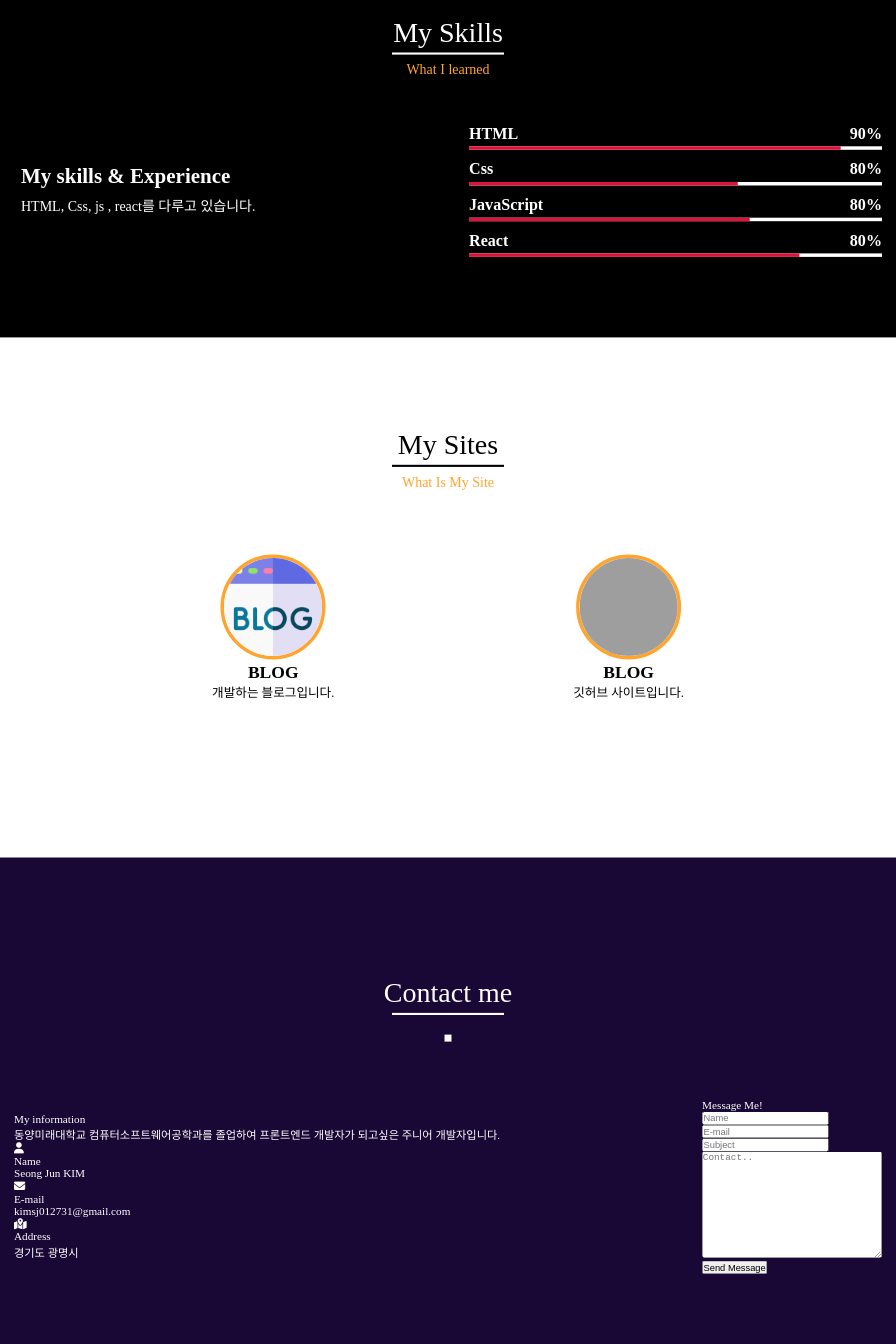
Repository: jun01270/jun
Page: index.html
An editor plug-in stored every save of this project. The page is shown before and after the next save, followed by the edit.
The browser window is 1280 px wide. The pictures show the part of the page from y = 1820 to 3740 px (the page is 3740 px tall), at 70% of full size.
Pictures or frames that could not be fetched are drawn as grey boxes. Some web libraries are served in a nearby version.

Above is the page before, as saved 2023-05-10 17:29:59.

### index.html
<!DOCTYPE html>
<html lang="en">
  <head>
    <meta charset="UTF-8" />
    <meta http-equiv="X-UA-Compatible" content="IE=edge" />
    <meta name="viewport" content="width=device-width, initial-scale=1.0" />
    <link rel="stylesheet" href="./css/style.css" />
    <link rel="stylesheet" href="./css/home.css" />
    <link rel="stylesheet" href="./css/about.css" />
    <link rel="stylesheet" href="./css/skills.css" />
    <link rel="stylesheet" href="./css/mysites.css" />
    <link rel="stylesheet" href="./css/contact.css" />

    <script
      src="https://kit.fontawesome.com/252eac6dbf.js"
      crossorigin="anonymous"
    ></script>
    <title>Jun's site</title>
  </head>
  <body>
    <nav class="navbar">
      <div class="max-width">
        <div class="logo">
          <a href="#home">Jun's <span>Site</span></a>
        </div>
        <ul class="menu-bar">
          <li><a href="#home" class="menu-btn" id="homeID">Home</a></li>
          <li><a href="#about" class="menu-btn" id="homeID">About</a></li>
          <li><a href="#skills" class="menu-btn">Skills</a></li>
          <li><a href="#my-sites" class="menu-btn">My Sties</a></li>
          <li><a href="#contact" class="menu-btn">Contact</a></li>
        </ul>
      </div>
    </nav>

    <!--home섹션-->
    <section class="home" id="home">
      <div class="max-width">
        <div class="home-section">
          <div class="text-1">Hello! My Name is</div>
          <div class="text-2">Seong Jun KIM</div>
          <div class="text-3">My skills <span class="typing1">HTML</span></div>
        </div>
      </div>
    </section>

    <!--about섹션-->
    <section class="about" id="about">
      <div class="max-width">
        <h2 class="title">About</h2>
        <div class="about-content">
          <div class="left-column"><img src="./img/profile.jpg" /></div>
          <div class="right-column">
            <div class="about-text">I'm Seong Jun KIM</div>
            <div class="about-skills">
              My skills <span class="typing2">HTML</span>
            </div>
            <p>
              안녕하세요 프론트엔드 개발자를 꿈꾸는 주니어 개발자 김성준입니다.
            </p>
          </div>
        </div>
      </div>
    </section>

    <!--skills섹션-->
    <section class="skills" id="skills">
      <div class="max-width">
        <h2 class="title">My Skills</h2>
        <div class="skills-content">
          <div class="left-column">
            <div class="skills-text">
              <div class="sub-title">My skills & Experience</div>
              <p>HTML, Css, js , react를 다루고 있습니다.</p>
            </div>
          </div>
          <div class="right-column">
            <div class="bars">
              <div class="bars-content">
                <span>HTML</span>
                <span>90%</span>
              </div>
              <div class="line html"></div>
            </div>
            <div class="bars">
              <div class="bars-content">
                <span>Css</span>
                <span>80%</span>
              </div>
              <div class="line css"></div>
            </div>
            <div class="bars">
              <div class="bars-content">
                <span>JavaScript</span>
                <span>80%</span>
              </div>
              <div class="line js"></div>
            </div>
            <div class="bars">
              <div class="bars-content">
                <span>React</span>
                <span>80%</span>
              </div>
              <div class="line react"></div>
            </div>
          </div>
        </div>
      </div>
    </section>

    <!--My sties섹션-->
    <section class="my-sites">
      <div class="max-width">
        <h2 class="title">My Sites</h2>
        <div class="my-sites-content">
          <div class="left-column">
            <a href="https://web-jun.tistory.com/" target="_blank">
              <div class="site">
                <div class="site-images">
                  <img src="/img/blog.jpg" alt="" />
                  <div class="site-text">BLOG</div>
                  <p>개발하는 블로그입니다.</p>
                </div>
              </div>
            </a>
          </div>
          <div class="right-column">
            <a href="https://github.com/jun01270" target="_blank">
              <div class="site">
                <div class="site-images">
                  <img src="/img/github.jpg" alt="" />
                  <div class="site-text">BLOG</div>
                  <p>깃허브 사이트입니다.</p>
                </div>
              </div>
            </a>
          </div>
        </div>
      </div>
    </section>

    <!--Contact 섹션-->
    <section class="contact">
      <div class="max-width">
        <h2 class="title">Contact me</h2>
        <div class="contact-content">
          <div class="left-column">
            <div class="contact-text">My information</div>
            <p>
              동양미래대학교 컴퓨터소프트웨어공학과를 졸업하여 프론트엔드
              개발자가 되고싶은 주니어 개발자입니다.
            </p>
            <div class="icons-content">
              <i class="fas fa-user"></i>
              <div class="info">
                <div class="head">Name</div>
                <div class="tail">Seong Jun KIM</div>
              </div>
            </div>
            <div class="icons-content">
              <i class="fas fa-envelope"></i>
              <div class="info">
                <div class="head">E-mail</div>
                <div class="tail">kimsj012731@gmail.com</div>
              </div>
            </div>
            <div class="icons-content">
              <i class="fas fa-map-marked-alt"></i>
              <div class="info">
                <div class="head">Address</div>
                <div class="tail">경기도 광명시</div>
              </div>
            </div>
          </div>
          <div class="right-column">
            <div class="contact-text">Message Me!</div>
            <form action="#">
              <div class="fields">
                <div class="fields name">
                  <input type="text" placeholder="Name" />
                </div>
                <div class="fields Email">
                  <input type="email" placeholder="E-mail" />
                </div>
              </div>
              <div class="fields subject">
                <input type="text" placeholder="Subject" />
              </div>
              <div class="fields contact-area">
                <textarea
                  cols="30"
                  rows="10"
                  placeholder="Contact.. "
                  required
                ></textarea>
              </div>
              <div class="button">
                <button type="submit">Send Message</button>
              </div>
            </form>
          </div>
        </div>
      </div>
    </section>

    <!--Footer섹션-->
    <footer></footer>

    <!--JS섹션-->
  </body>
</html>

### css/style.css
@import url("https://fonts.googleapis.com/css2?family=Lora&display=swap");

* {
  margin: 0;
  padding: 0;
  box-sizing: border-box;
  text-decoration: none;
}

.home .about .skills .my-sites .contact {
  padding-top: 86px;
}

html {
  scroll-behavior: smooth;
}

.max-width {
  max-width: 1300px;
  padding: 0 20px;
  margin: auto;
}

.section {
  padding: 100px 0;
}

/* .about, .skills, .my-sites, .contact, .footer{
    //폰트삽입
} */

.about .title,
.skills .title,
.my-sites .title,
.contact .title {
  position: relative;
  text-align: center;
  font-size: 40px;
  font-weight: 500;
  margin: 30px 0 100px 0;
  padding-bottom: 8px;
}

.about .title::before,
.skills .title::before,
.my-sites .title::before,
.contact .title::before {
  content: "";
  position: absolute;
  bottom: 0px;
  left: 50%;
  width: 160px;
  height: 3px;
  background-color: black;
  transform: translateX(-50%);
}

.title::after {
  content: "";
  position: absolute;
  bottom: -38px;
  left: 50%;
  font-size: 20px;
  color: rgb(255, 164, 45);
  padding: 5px;
  background-color: white;
  transform: translateX(-50%);
}

.about .about-content,
.skills .skills-content,
.my-sites .my-sites-content,
.contact .contact-content {
  display: flex;
  align-items: center;
  flex-wrap: wrap;
  justify-content: space-between;
}

.navbar {
  position: relative;
  width: 100%;
  padding: 20px 0;
  z-index: 999;
  transition: all 0.3s ease;
  background-color: burlywood;
}

.navbar .max-width {
  display: flex;
  align-items: center;
  justify-content: space-between;
}

.navbar .logo {
  font-size: 30px;
  font-weight: 600;
  margin-left: 20px;
  color: black;
}

.navbar .logo a {
  color: white;
  text-decoration: none;
}

.navbar .logo a span {
  color: orange;
  transition: all 0.3s ease;
}

.navbar .menu-bar li {
  list-style: none;
  margin: 5px 20px 0 0;
  display: inline-block;
}

.navbar .menu-bar li a {
  display: block;
  text-decoration: none;
  font-size: 20px;
  font-weight: 500;
  margin-left: 15px;
  transition: all 0.3s ease;
}

.menu-bar li:hover {
  background-color: orange;
  border-radius: 3px;
}

.navbar.sticky {
  padding: 20px 0;
  background-color: black;
}

.navbar.sticky .logo a span {
  color: white;
}

.navbar.sticky .menu-bar li a:hover {
  color: white;
}

.navbar .menu-btn {
  color: white;
  font-size: 25px;
  display: none;
  cursor: pointer;
}

@media screen and (max-width: 700px) {
  .navbar {
    flex-direction: column;
    align-items: flex-start;
    margin: 0;
  }

  .menu-bar {
    flex-direction: column;
    align-items: center;
    width: 100%;
  }

  .menu-bar li {
    width: 100%;
    text-align: center;
  }
}

### css/home.css
.home {
  display: flex;
  height: 100vh;
  min-height: 500px;
  color: white;
  background: url("../img/back.jpg") no-repeat center;
  background-size: cover;
}

.home .max-width {
  margin: auto 0 auto 40px;
}

.home .home-section .text1 {
  font-size: 30px;
}

.home .home-section .text2 {
  font-size: 75px;
  font-weight: 600;
}

.home .home-section .text-3 {
  font-size: 40px;
}

.home .home-section .text-3 span {
  color: orange;
  font-weight: 500;
}

### css/about.css
.about {
  padding: 100px 0;
  transition: all 0.3s ease;
}

.about .title::after {
  content: "Who I am";
  background-color: white;
}

.about .about-content {
  margin-bottom: 100px;
}

.about .about-content .left-column {
  width: 45%;
}

.about .about-content .left-column img {
  height: 400px;
  width: 400px;
  object-fit: cover;
  border-radius: 6px;
}

.about .about-content .right-column {
  width: 55%;
  margin-bottom: 50px;
}

.about .about-content .right-column .about-text,
.about .about-content .right-column .about-skills {
  font-size: 30px;
  font-weight: 600;
  margin-bottom: 10px;
}

.about .about-content .right-column .about-skills span {
  color: orange;
}

.about .about-content .right-column P {
  text-align: justify;
  font-size: 20px;
}

### css/skills.css
.skills {
  padding: 100px 0;
  transition: all 0.3s ease;
}

.skills .title {
  padding-top: 30px;
}

.skills .title::before {
  background-color: white;
}

.skills .title::after {
  content: "What I learned";
  background-color: black;
}

.skills {
  color: white;
  background-color: black;
  padding-bottom: 100px;
}

.skills .sub-title {
  font-size: 30px;
  font-weight: 600;
  padding-bottom: 10px;
}

.skills .skills-content .left-column,
.skills .skills-content .right-column {
  width: calc(50% - 30px);
}

.skills .skills-content .left-column .skills-text {
  font-size: 23px;
  font-weight: 300;
  margin: 0 0 20px 10px;
  text-align: justify;
}

.skills .skills-content .left-column p {
  font-size: 20px;
}

.skills .skills-content .right-column .bars {
  margin-bottom: 15px;
}

.skills .skills-content .right-column .bars-content {
  display: flex;
  margin-bottom: 5px;
  align-items: center;
  justify-content: space-between;
}

.skills .skills-content span {
  font-size: 23px;
  font-weight: 600;
}

.skills .skills-content .right-column .line {
  height: 5px;
  background-color: white;
  width: 100%;
  position: relative;
}

.skills .skills-content .right-column .line::before {
  content: "";
  position: absolute;
  height: 100%;
  left: 0;
  top: 0;
  background-color: crimson;
}

.skills .skills-content .right-column .html::before {
  width: 90%;
}

.skills .skills-content .right-column .css::before {
  width: 65%;
}

.skills .skills-content .right-column .js::before {
  width: 68%;
}

.skills .skills-content .right-column .react::before {
  width: 80%;
}

### css/mysites.css
.my-sites {
  padding: 100px 0;
  transition: all 0.3s ease;
}

.my-sites .title::after {
  content: "What Is My Site ";
}

.my-sites .my-sites-content {
  margin-bottom: 100px;
}

.my-sites .my-sites-content .left-column {
  margin-left: 20%;
}

.my-sites .my-sites-content .right-column {
  margin-right: 20%;
}

.my-sites .my-sites-content a {
  display: flex;
  text-align: center;
  color: black;
}

.my-sites .my-sites-content a,
.my-sites .my-sites-content a:visited,
.my-sites .my-sites-content a:active,
.my-sites .my-sites-content a:hover {
  text-decoration: none;
}

.my-sites .my-sites-content .site {
  background-color: white;
  border-radius: 6px;
  padding: 25px 35px;
  transition: all 0.3s ease;
}

.my-sites .my-sites-content .site img {
  height: 150px;
  width: 150px;
  object-fit: cover;
  border-radius: 50%;
  border: 5px solid rgb(255, 164, 45);
  transition: all 0.3 ease;
}

.my-sites .my-sites-content .site-text {
  font-size: 25px;
  font-weight: 600;
}

.my-sites .my-sites-content p {
  font-size: 18px;
  text-align: justify;
}

.my-sites .my-sites-content .site:hover {
  background-color: rgb(25, 8, 53);
  color: white;
  transform: scale(1.05);
}

.my-sites .my-sites-content .site:hover img {
  border-color: white;
}

### css/contact.css
.contact {
  color: white;
  background-color: rgb(25, 8, 53);
  padding-bottom: 50px;
  padding: 100px 0;
  transition: all 0.3s ease;
}

.contact .title {
  padding-top: 40px;
  margin-bottom: 120px;
  color: white;
}

.contact .title::before {
  background-color: white;
}

After the next save:
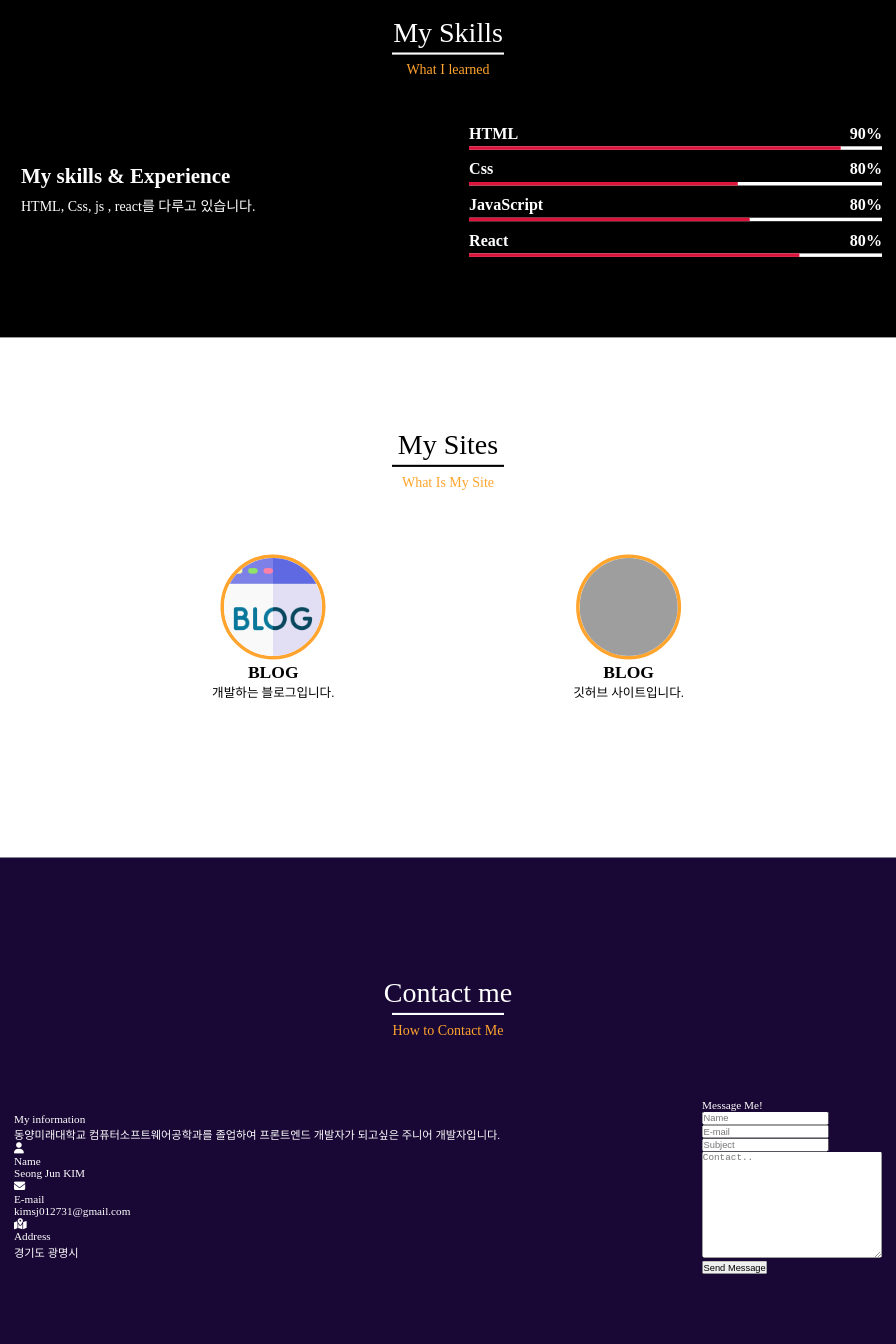
Saved 65 s later.
--- a/css/contact.css
+++ b/css/contact.css
@@ -15,3 +15,12 @@
 .contact .title::before {
   background-color: white;
 }
+
+.contact .title::after {
+  content: "How to Contact Me";
+  background-color: rgb(25, 8, 53);
+}
+
+.contact .contact-content .column {
+  width: 45%;
+}
